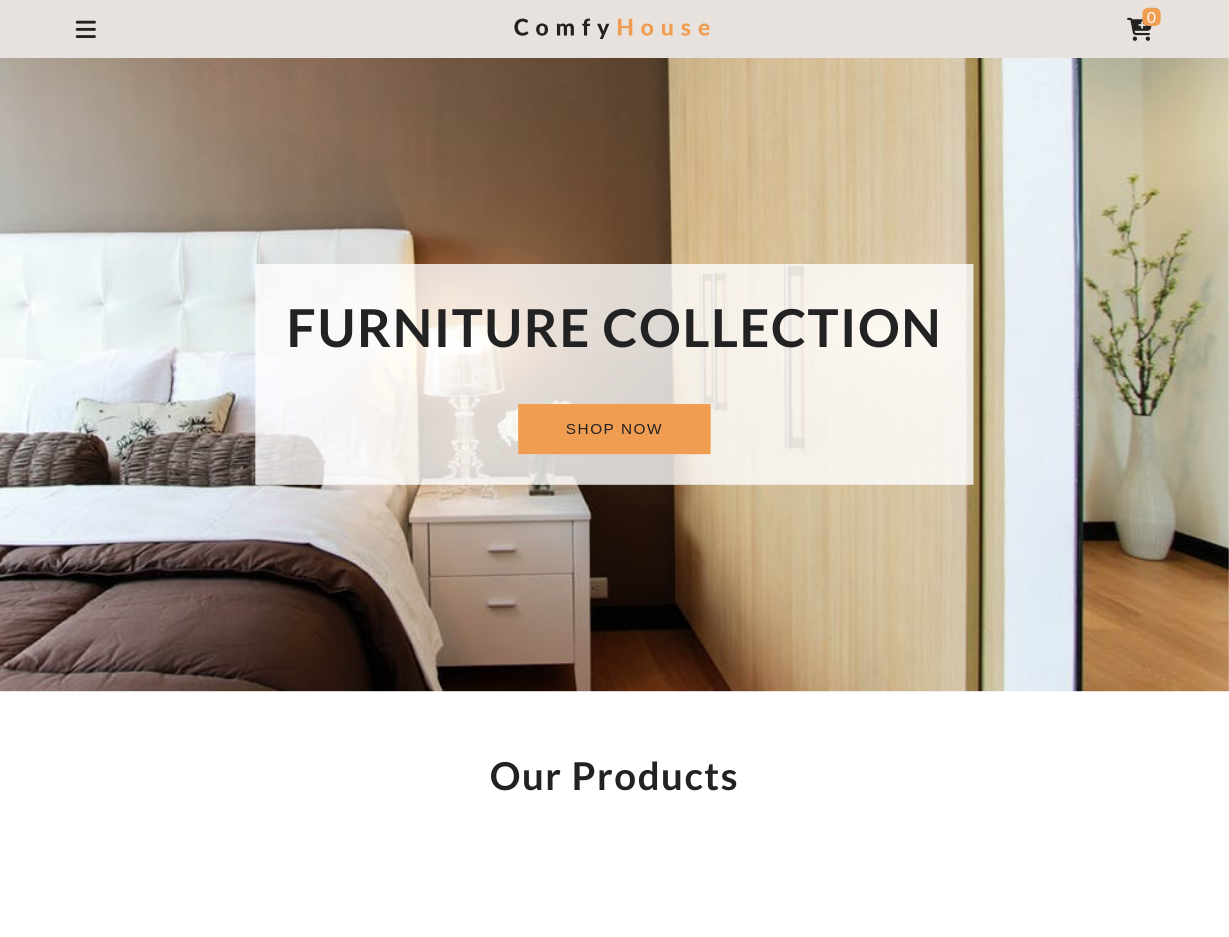
Repository: MohammadMazloum123/E-Commerce-Project
Page: images/index.html
The author's editor kept a copy of each file at every save. The page is drawn from the files as they stood at one save, then again after the next save.
The browser window is 1280 px wide. The pictures show the whole page, at 96% of full size.
Some web libraries are served in a nearby version.

Above is the page before, as saved 2024-02-18 13:43:48.

After the next save:
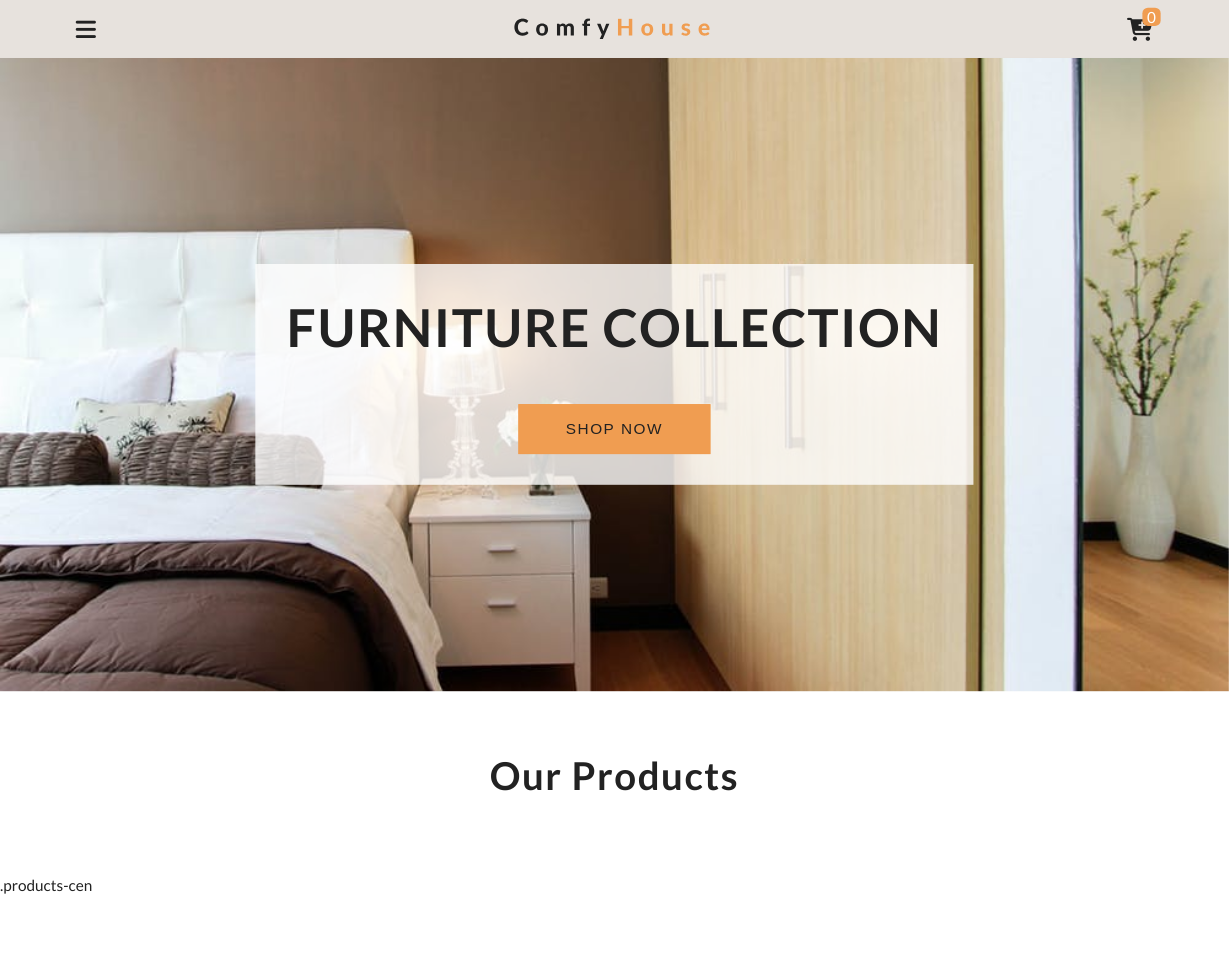
Saved 40 s later.
--- a/images/index.html
+++ b/images/index.html
@@ -36,7 +36,7 @@
         <div class="section-title">
             <h2>our products</h2>
         </div>
-
+        .products-cen
     </section>
 
 

After the save that followed:
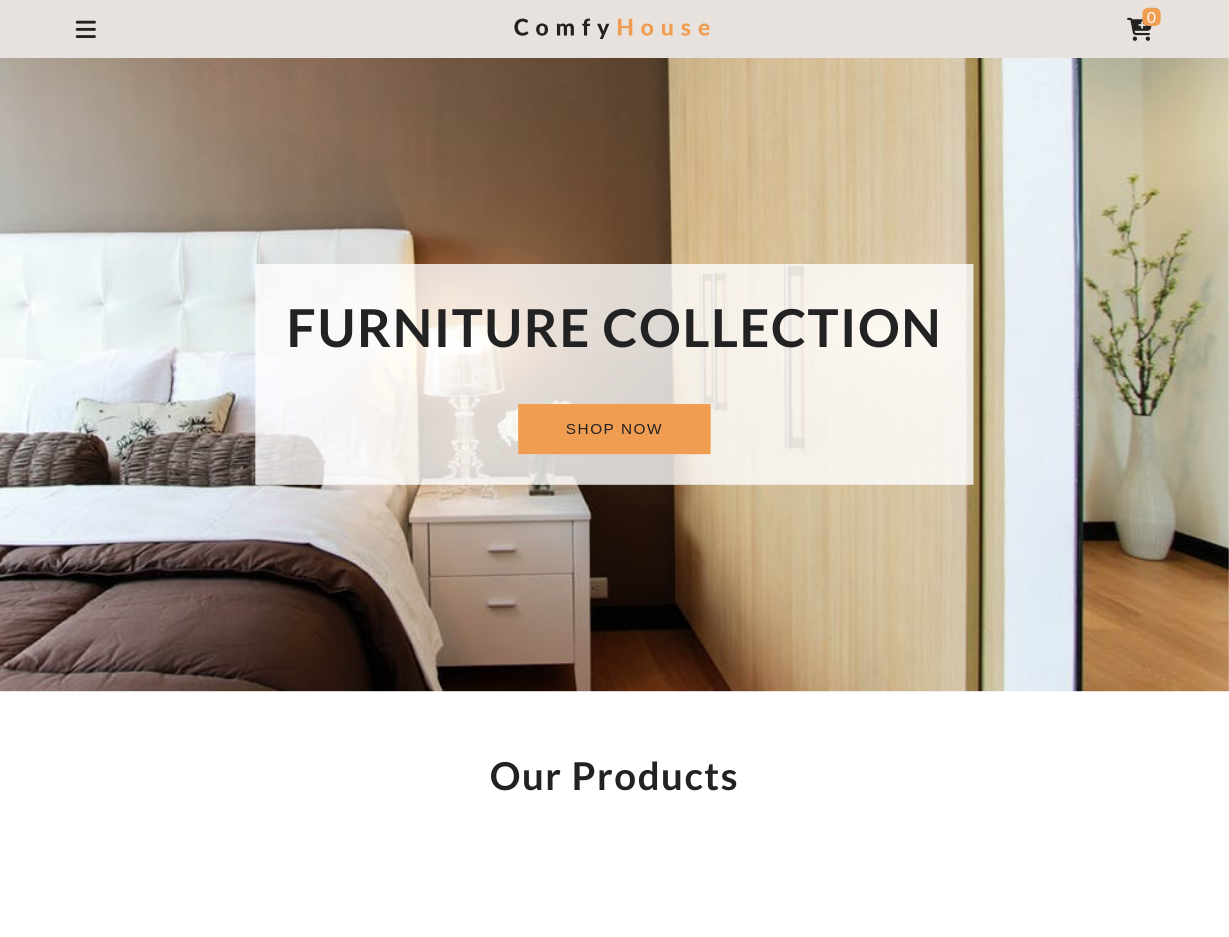
Saved 11 s later.
--- a/images/index.html
+++ b/images/index.html
@@ -36,7 +36,9 @@
         <div class="section-title">
             <h2>our products</h2>
         </div>
-        .products-cen
+        <div class="products-center">
+            <!--single products-->
+        </div>
     </section>
 
 
